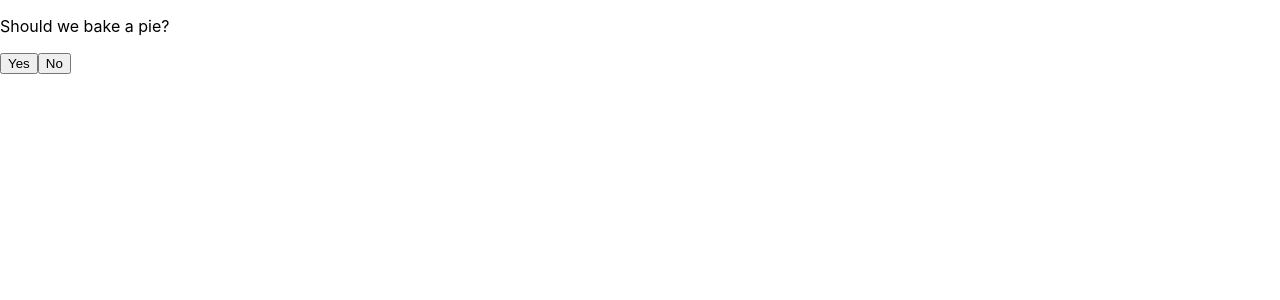
Repository: ahmadsaadkhan/wavesurfer-testproject
Page: /
The author's editor kept a copy of each file at every save. The page is drawn from the files as they stood at one save, then again after the next save.
The browser window is 1280 px wide. The pictures show the whole page.
The project was rebuilt for these pictures with package versions that can differ from the ones it lists, and the page was loaded fresh each time.

Above is the page before, as saved 2022-02-19 18:34:52.

### src/index.css
body {
    margin: 0;
    font-family: -apple-system, BlinkMacSystemFont, 'Segoe UI', 'Roboto', 'Oxygen', 'Ubuntu', 'Cantarell', 'Fira Sans', 'Droid Sans', 'Helvetica Neue', sans-serif;
    -webkit-font-smoothing: antialiased;
    -moz-osx-font-smoothing: grayscale;
}

code {
    font-family: source-code-pro, Menlo, Monaco, Consolas, 'Courier New', monospace;
}

.container {
    margin: 12px;
}

### src/App.js
import React from "react";
import ReactDOM from "react-dom";
import Confirmation from "./components/Confirmation";

/* Changes made to this file will not affect your tests.
 * This file is used to control the behavior of the web preview.
*/
const App = props => (
  <div id="app">
    <Confirmation
      message='Is the pie a lie?'
      type='message'
      accept={() =>
        console.log("accepted") // prints to browser console
      }
      decline={() => console.log("declined")}
    />
  </div>
);

export default App;

### src/components/confirmation.js
import React from "react";
import Notification from "./Notification";

const Confirmation = () => {
    return (
        <Notification type="info" message="Should we bake a pie?">
                <button class="btn btn-primary">Yes</button>
                <button class="btn btn-danger">No</button>
        </Notification>
    )
};

export default Confirmation;

### src/components/Notification.js
import React from "react";

const Notification = ({type, message, children}) => {
  const types = {
    success: 'success',
    message: 'info',
    caution: 'warning',
    error: 'danger'
  };
  type = types[type] || 'info';

  return message ? (
    <div className={`alert alert-${type}`}>
      <p>{message}</p>
      {children}
    </div>
  ) : null;
};

export default Notification;

Loaded but not shown: public/index.html (common file); src/index.js (common file)

After the next save:
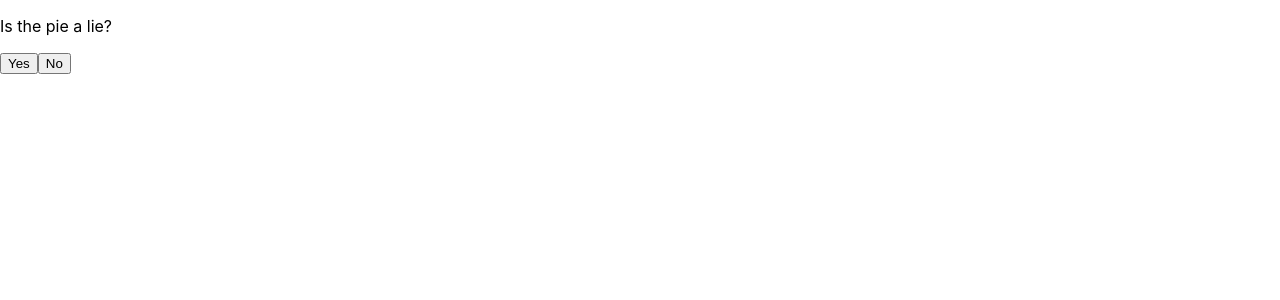
Saved 5 min 23 s later.
--- a/src/components/confirmation.js
+++ b/src/components/confirmation.js
@@ -1,11 +1,11 @@
 import React from "react";
 import Notification from "./Notification";
 
-const Confirmation = () => {
+const Confirmation = ({message, type, accept, decline}) => {
     return (
-        <Notification type="info" message="Should we bake a pie?">
-                <button class="btn btn-primary">Yes</button>
-                <button class="btn btn-danger">No</button>
+        <Notification type={type} message={message}>
+                <button class="btn btn-primary" onClick={accept}>Yes</button>
+                <button class="btn btn-danger" onClick={decline}>No</button>
         </Notification>
     )
 };
